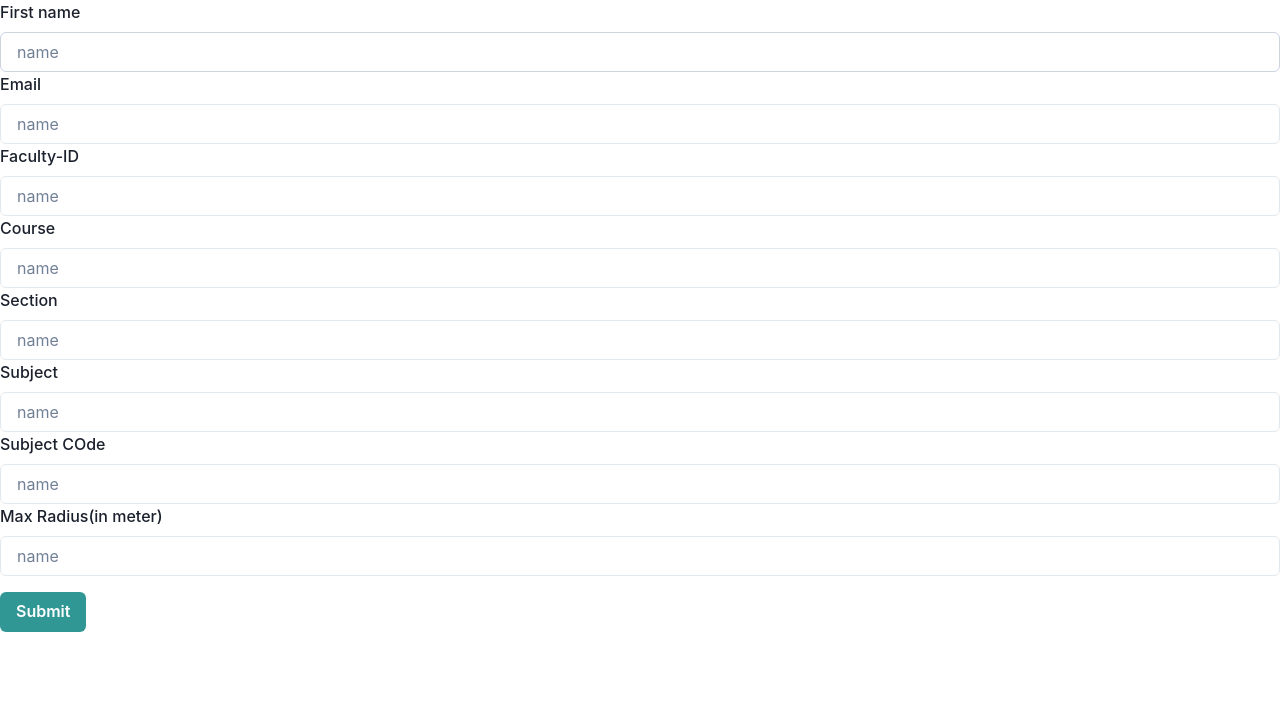
Repository: shash0708/attendence
Page: /form
An editor plug-in stored every save of this project. The page is shown before and after the next save, followed by the edit.
The browser window is 1280 px wide. The pictures show the whole page.
The project was rebuilt for these pictures with package versions that can differ from the ones it lists, and the page was loaded fresh each time. Also part of the build but not shown: src/App.css, client/src/components/Navbar/Navbar.component.jsx, src/components/Button/Button.component.jsx, src/components/Login/Login.component.jsx, src/components/homeProp/HomeProp.styles.scss, src/components/homeProp/HomeProp.component.jsx, src/routes/Home/Home.styles.scss, src/routes/Home/Home.component.jsx and 2 more.

Above is the page before, as saved 2024-04-06 21:52:42.

### src/index.js
import React from 'react';
import ReactDOM from 'react-dom/client';
import './index.css';
import App from './App';
import reportWebVitals from './reportWebVitals';
import { BrowserRouter } from 'react-router-dom';
import { ChakraProvider } from '@chakra-ui/react'

const root = ReactDOM.createRoot(document.getElementById('root'));
root.render(
  <React.StrictMode>
  <BrowserRouter>
<ChakraProvider>
    <App />
    </ChakraProvider>
    </BrowserRouter>

  </React.StrictMode>
);

// If you want to start measuring performance in your app, pass a function
// to log results (for example: reportWebVitals(console.log))
// or send to an analytics endpoint. Learn more: https://bit.ly/CRA-vitals
reportWebVitals();

### src/App.js
import './App.css';
import Home from './routes/Home/Home.component.jsx'
import { Routes,Route} from 'react-router-dom';
import Authentication from './routes/Authentication/Authentication.component';
import Form from './components/Form/From.component.jsx';

function App() {
  return (
    <Routes>
    <Route index element={<Home/>}/>

    <Route path='auth' element={<Authentication/>}/>
    <Route path='form' element={<Form/>}/>
    </Routes>
  );
}

export default App;

### src/components/Form/From.component.jsx
import { useForm } from 'react-hook-form'
import {
  FormErrorMessage,
  FormLabel,
  FormControl,
  Input,
  Button,
} from '@chakra-ui/react'

export default function Form() {
  const {
    handleSubmit,
    register,
    formState: { errors, isSubmitting },
  } = useForm()

  function onSubmit(values) {
    return new Promise((resolve) => {
      setTimeout(() => {
        alert(JSON.stringify(values, null, 2))
        resolve()
      }, 3000)
    })
  }

  return (
    <form onSubmit={handleSubmit(onSubmit)}>
      <FormControl isInvalid={errors.name}>
        <FormLabel htmlFor='name'>First name</FormLabel>
        <Input
          id='name'
          placeholder='name'
          {...register('name', {
            required: 'This is required',
            minLength: { value: 4, message: 'Minimum length should be 4' },
          })}
        />
        <FormErrorMessage>
          {errors.name && errors.name.message}
        </FormErrorMessage>
      </FormControl>
      <FormControl isInvalid={errors.name}>
        <FormLabel htmlFor='name'>Email</FormLabel>
        <Input
          id='name'
          placeholder='name'
          {...register('name', {
            required: 'This is required',
            minLength: { value: 4, message: 'Minimum length should be 4' },
          })}
        />
        <FormErrorMessage>
          {errors.name && errors.name.message}
        </FormErrorMessage>
      </FormControl>

      <FormControl isInvalid={errors.name}>
        <FormLabel htmlFor='name'>Faculty-ID</FormLabel>
        <Input
          id='name'
          placeholder='name'
          {...register('name', {
            required: 'This is required',
            minLength: { value: 4, message: 'Minimum length should be 4' },
          })}
        />
        <FormErrorMessage>
          {errors.name && errors.name.message}
        </FormErrorMessage>
      </FormControl>

      <FormControl isInvalid={errors.name}>
        <FormLabel htmlFor='name'>Course</FormLabel>
        <Input
          id='name'
          placeholder='name'
          {...register('name', {
            required: 'This is required',
            minLength: { value: 4, message: 'Minimum length should be 4' },
          })}
        />
        <FormErrorMessage>
          {errors.name && errors.name.message}
        </FormErrorMessage>
      </FormControl>

      <FormControl isInvalid={errors.name}>
        <FormLabel htmlFor='name'>Section</FormLabel>
        <Input
          id='name'
          placeholder='name'
          {...register('name', {
            required: 'This is required',
            minLength: { value: 4, message: 'Minimum length should be 4' },
          })}
        />
        <FormErrorMessage>
          {errors.name && errors.name.message}
        </FormErrorMessage>
      </FormControl>

      <FormControl isInvalid={errors.name}>
        <FormLabel htmlFor='name'>Subject</FormLabel>
        <Input
          id='name'
          placeholder='name'
          {...register('name', {
            required: 'This is required',
            minLength: { value: 4, message: 'Minimum length should be 4' },
          })}
        />
        <FormErrorMessage>
          {errors.name && errors.name.message}
        </FormErrorMessage>
      </FormControl>

      <FormControl isInvalid={errors.name}>
        <FormLabel htmlFor='name'>Subject COde</FormLabel>
        <Input
          id='name'
          placeholder='name'
          {...register('name', {
            required: 'This is required',
            minLength: { value: 4, message: 'Minimum length should be 4' },
          })}
        />
        <FormErrorMessage>
          {errors.name && errors.name.message}
        </FormErrorMessage>
      </FormControl>

      <FormControl isInvalid={errors.name}>
        <FormLabel htmlFor='name'>Max Radius(in meter)</FormLabel>
        <Input
          id='name'
          placeholder='name'
          {...register('name', {
            required: 'This is required',
            minLength: { value: 4, message: 'Minimum length should be 4' },
          })}
        />
        <FormErrorMessage>
          {errors.name && errors.name.message}
        </FormErrorMessage>
      </FormControl>
      <Button mt={4} colorScheme='teal' isLoading={isSubmitting} type='submit'>
        Submit
      </Button>
    </form>
  )
}

Loaded but not shown: public/index.html (common file); src/index.css (common file); src/reportWebVitals.js (common file)

After the next save:
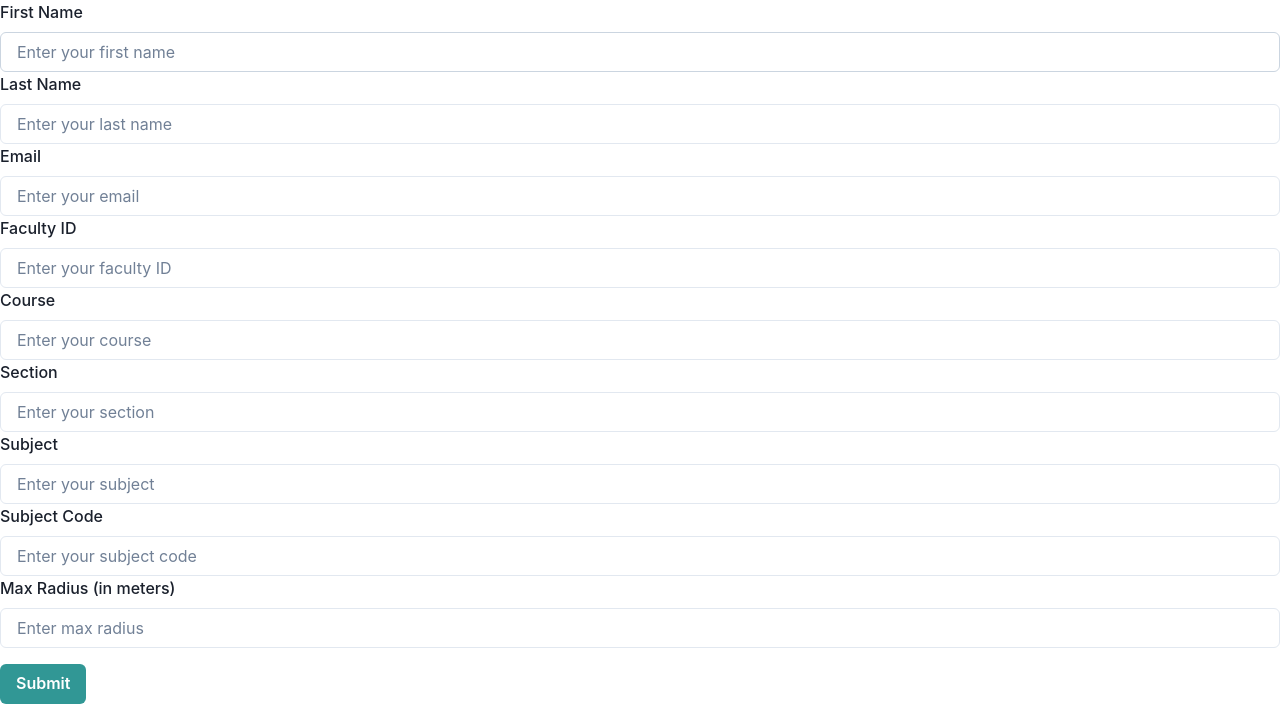
Saved 2 min 0 s later.
--- a/src/components/Form/From.component.jsx
+++ b/src/components/Form/From.component.jsx
@@ -25,122 +25,135 @@ export default function Form() {
 
   return (
     <form onSubmit={handleSubmit(onSubmit)}>
-      <FormControl isInvalid={errors.name}>
-        <FormLabel htmlFor='name'>First name</FormLabel>
+      <FormControl isInvalid={errors.firstName}>
+        <FormLabel htmlFor='firstName'>First Name</FormLabel>
         <Input
-          id='name'
-          placeholder='name'
-          {...register('name', {
-            required: 'This is required',
+          id='firstName'
+          placeholder='Enter your first name'
+          {...register('firstName', {
+            required: 'This field is required',
             minLength: { value: 4, message: 'Minimum length should be 4' },
           })}
         />
         <FormErrorMessage>
-          {errors.name && errors.name.message}
+          {errors.firstName && errors.firstName.message}
         </FormErrorMessage>
       </FormControl>
-      <FormControl isInvalid={errors.name}>
-        <FormLabel htmlFor='name'>Email</FormLabel>
+      <FormControl isInvalid={errors.lastName}>
+        <FormLabel htmlFor='lastName'>Last Name</FormLabel>
         <Input
-          id='name'
-          placeholder='name'
-          {...register('name', {
-            required: 'This is required',
+          id='lastName'
+          placeholder='Enter your last name'
+          {...register('lastName', {
+            required: 'This field is required',
             minLength: { value: 4, message: 'Minimum length should be 4' },
           })}
         />
         <FormErrorMessage>
-          {errors.name && errors.name.message}
+          {errors.lastName && errors.lastName.message}
         </FormErrorMessage>
       </FormControl>
-
-      <FormControl isInvalid={errors.name}>
-        <FormLabel htmlFor='name'>Faculty-ID</FormLabel>
+      <FormControl isInvalid={errors.email}>
+        <FormLabel htmlFor='email'>Email</FormLabel>
         <Input
-          id='name'
-          placeholder='name'
-          {...register('name', {
-            required: 'This is required',
+          id='email'
+          type='email'
+          placeholder='Enter your email'
+          {...register('email', {
+            required: 'This field is required',
+            pattern: {
+              value: /^[A-Z0-9._%+-]+@[A-Z0-9.-]+\.[A-Z]{2,}$/i,
+              message: 'Invalid email address',
+            },
+          })}
+        />
+        <FormErrorMessage>
+          {errors.email && errors.email.message}
+        </FormErrorMessage>
+      </FormControl>
+      <FormControl isInvalid={errors.facultyId}>
+        <FormLabel htmlFor='facultyId'>Faculty ID</FormLabel>
+        <Input
+          id='facultyId'
+          placeholder='Enter your faculty ID'
+          {...register('facultyId', {
+            required: 'This field is required',
             minLength: { value: 4, message: 'Minimum length should be 4' },
           })}
         />
         <FormErrorMessage>
-          {errors.name && errors.name.message}
+          {errors.facultyId && errors.facultyId.message}
         </FormErrorMessage>
       </FormControl>
-
-      <FormControl isInvalid={errors.name}>
-        <FormLabel htmlFor='name'>Course</FormLabel>
+      <FormControl isInvalid={errors.course}>
+        <FormLabel htmlFor='course'>Course</FormLabel>
         <Input
-          id='name'
-          placeholder='name'
-          {...register('name', {
-            required: 'This is required',
+          id='course'
+          placeholder='Enter your course'
+          {...register('course', {
+            required: 'This field is required',
             minLength: { value: 4, message: 'Minimum length should be 4' },
           })}
         />
         <FormErrorMessage>
-          {errors.name && errors.name.message}
+          {errors.course && errors.course.message}
         </FormErrorMessage>
       </FormControl>
-
-      <FormControl isInvalid={errors.name}>
-        <FormLabel htmlFor='name'>Section</FormLabel>
+      <FormControl isInvalid={errors.section}>
+        <FormLabel htmlFor='section'>Section</FormLabel>
         <Input
-          id='name'
-          placeholder='name'
-          {...register('name', {
-            required: 'This is required',
+          id='section'
+          placeholder='Enter your section'
+          {...register('section', {
+            required: 'This field is required',
             minLength: { value: 4, message: 'Minimum length should be 4' },
           })}
         />
         <FormErrorMessage>
-          {errors.name && errors.name.message}
+          {errors.section && errors.section.message}
         </FormErrorMessage>
       </FormControl>
-
-      <FormControl isInvalid={errors.name}>
-        <FormLabel htmlFor='name'>Subject</FormLabel>
+      <FormControl isInvalid={errors.subject}>
+        <FormLabel htmlFor='subject'>Subject</FormLabel>
         <Input
-          id='name'
-          placeholder='name'
-          {...register('name', {
-            required: 'This is required',
+          id='subject'
+          placeholder='Enter your subject'
+          {...register('subject', {
+            required: 'This field is required',
             minLength: { value: 4, message: 'Minimum length should be 4' },
           })}
         />
         <FormErrorMessage>
-          {errors.name && errors.name.message}
+          {errors.subject && errors.subject.message}
         </FormErrorMessage>
       </FormControl>
-
-      <FormControl isInvalid={errors.name}>
-        <FormLabel htmlFor='name'>Subject COde</FormLabel>
+      <FormControl isInvalid={errors.subjectCode}>
+        <FormLabel htmlFor='subjectCode'>Subject Code</FormLabel>
         <Input
-          id='name'
-          placeholder='name'
-          {...register('name', {
-            required: 'This is required',
+          id='subjectCode'
+          placeholder='Enter your subject code'
+          {...register('subjectCode', {
+            required: 'This field is required',
             minLength: { value: 4, message: 'Minimum length should be 4' },
           })}
         />
         <FormErrorMessage>
-          {errors.name && errors.name.message}
+          {errors.subjectCode && errors.subjectCode.message}
         </FormErrorMessage>
       </FormControl>
-
-      <FormControl isInvalid={errors.name}>
-        <FormLabel htmlFor='name'>Max Radius(in meter)</FormLabel>
+      <FormControl isInvalid={errors.maxRadius}>
+        <FormLabel htmlFor='maxRadius'>Max Radius (in meters)</FormLabel>
         <Input
-          id='name'
-          placeholder='name'
-          {...register('name', {
-            required: 'This is required',
+          id='maxRadius'
+          placeholder='Enter max radius'
+          type='number'
+          {...register('maxRadius', {
+            required: 'This field is required',
             minLength: { value: 4, message: 'Minimum length should be 4' },
           })}
         />
         <FormErrorMessage>
-          {errors.name && errors.name.message}
+          {errors.maxRadius && errors.maxRadius.message}
         </FormErrorMessage>
       </FormControl>
       <Button mt={4} colorScheme='teal' isLoading={isSubmitting} type='submit'>
